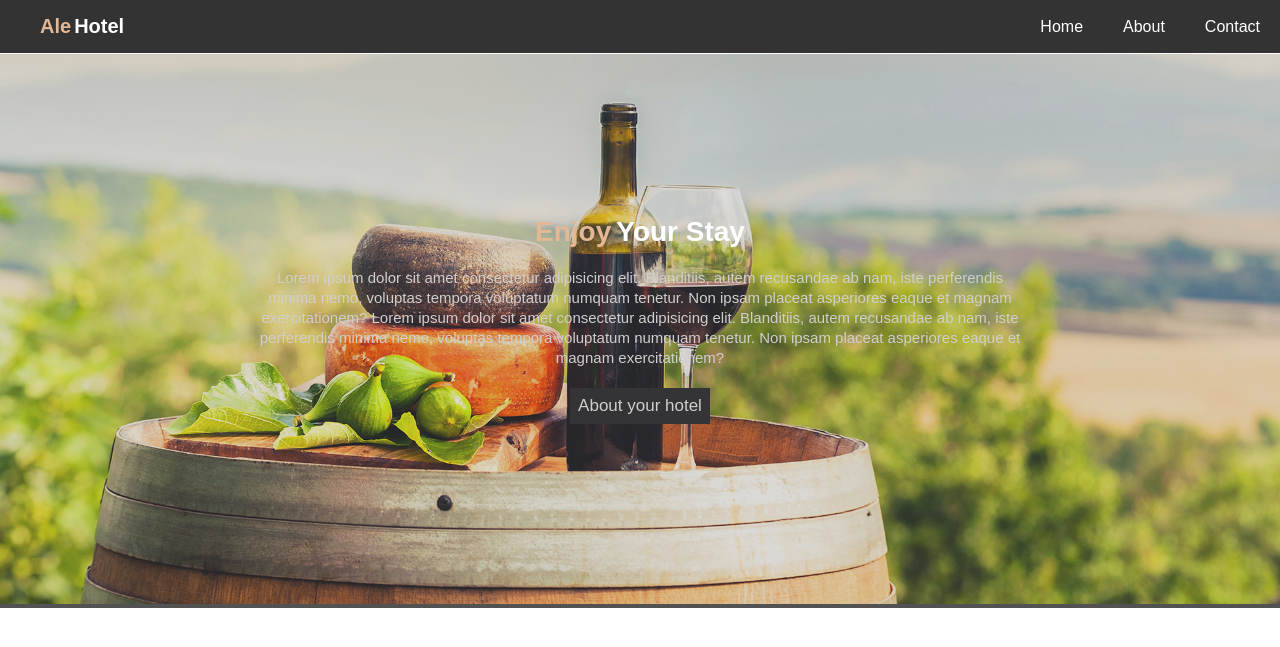
Repository: Ngoc28/HTML-CSS
Page: aleHoltel/index.html
The author's editor kept a copy of each file at every save. The page is drawn from the files as they stood at one save, then again after the next save.
The browser window is 1280 px wide. The pictures show the whole page.

Above is the page before, as saved 2023-08-05 23:55:34.

After the next save:
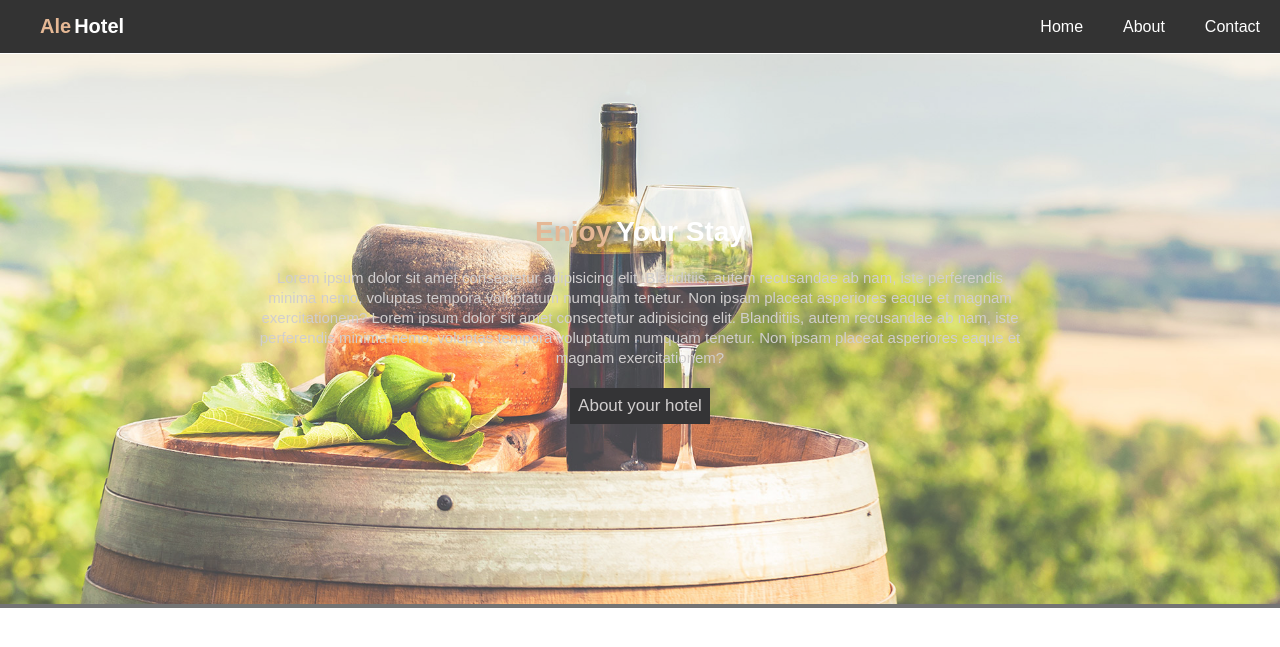
Saved 52 s later.
--- a/aleHoltel/style.css
+++ b/aleHoltel/style.css
@@ -68,13 +68,12 @@
 .about-img {
     position: relative;
     top: 54px;
-    height: 100%;
     background: rgba(0, 0, 0, 0.679);
+    opacity: .8;
 }
 
 .about-img img {
     object-fit: cover;
-    opacity: .8;
 }
 
 

After the save that followed:
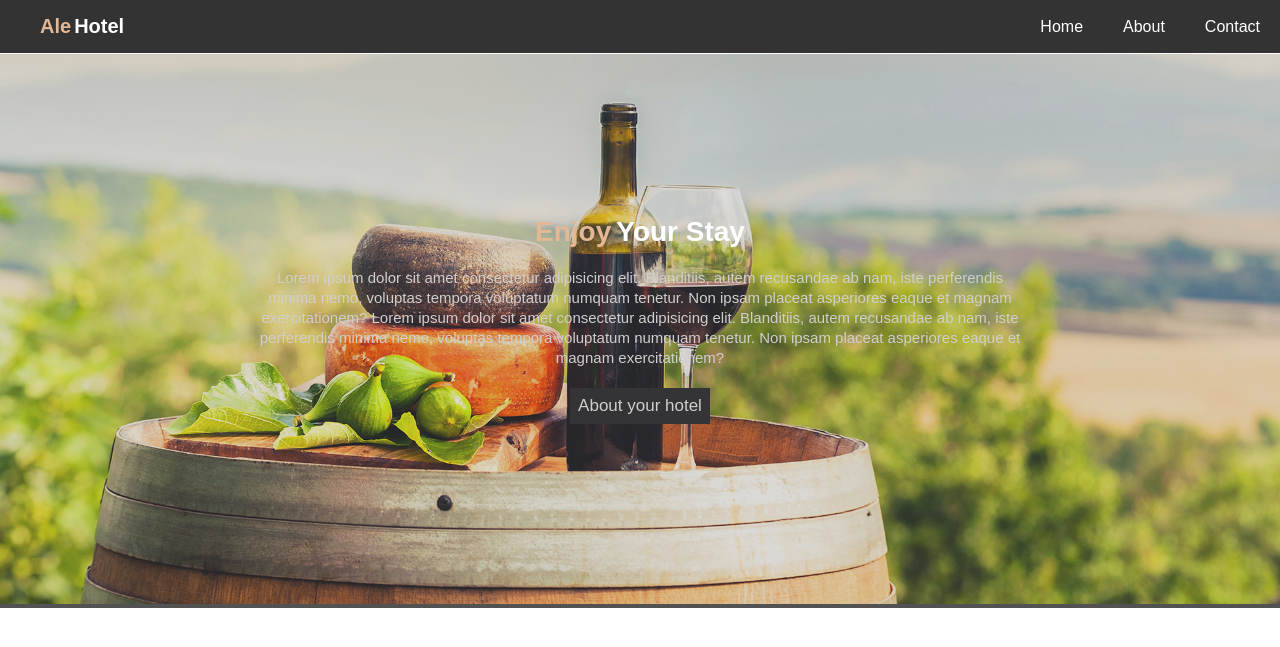
Saved 12 s later.
--- a/aleHoltel/style.css
+++ b/aleHoltel/style.css
@@ -69,10 +69,10 @@
     position: relative;
     top: 54px;
     background: rgba(0, 0, 0, 0.679);
-    opacity: .8;
 }
 
 .about-img img {
+    opacity: .8;
     object-fit: cover;
 }
 
